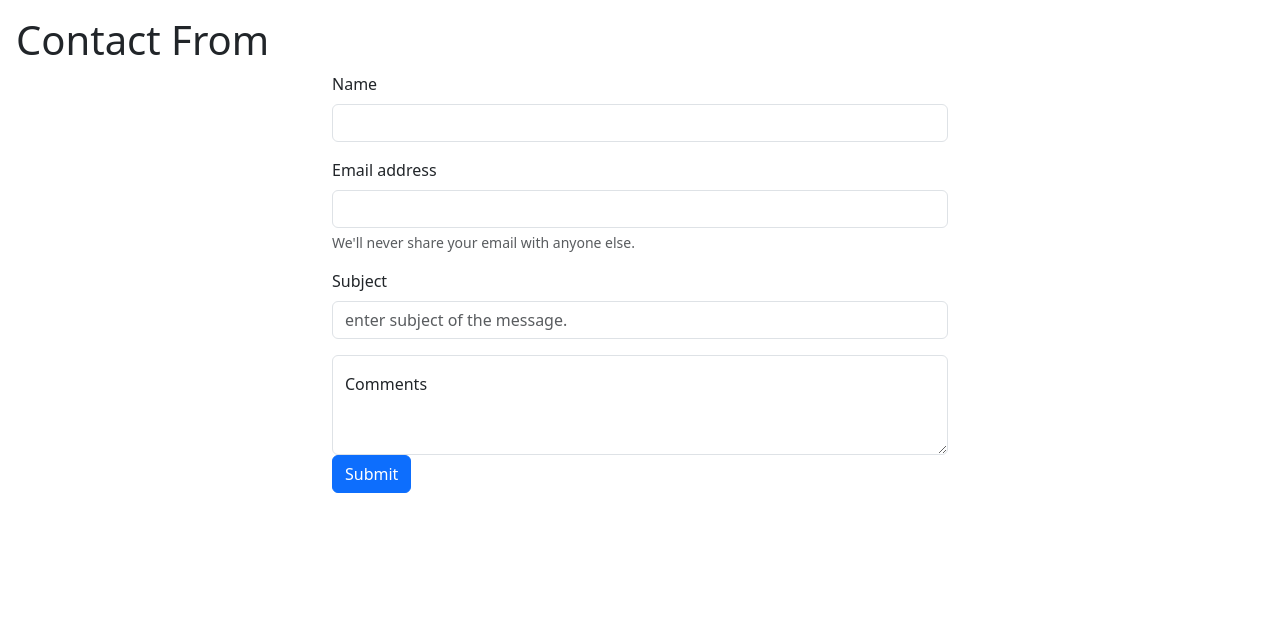
Repository: syni18/bootstrap_form
Page: index.html
An editor plug-in stored every save of this project. The page is shown before and after the next save, followed by the edit.
The browser window is 1280 px wide. The pictures show the whole page.

Above is the page before, as saved 2023-10-26 15:38:11.

### index.html
<!DOCTYPE html>
<html lang="en">
<head>
    <meta charset="UTF-8">
    <meta name="viewport" content="width=device-width, initial-scale=1.0">
    <link href="https://cdn.jsdelivr.net/npm/bootstrap@5.3.2/dist/css/bootstrap.min.css" rel="stylesheet" integrity="sha384-T3c6CoIi6uLrA9TneNEoa7RxnatzjcDSCmG1MXxSR1GAsXEV/Dwwykc2MPK8M2HN" crossorigin="anonymous">
    <title>Contact From</title>
</head>
<body>
    <h1 class="display-6 ms-3 mt-3">Contact From</h1>
    <form class="container w-50">
  <div class="mb-3">
    <label for="exampleInputName1" class="form-label">Name</label>
    <input type="name" class="form-control" id="exampleInputName1" aria-describedby="NameHelp">
  </div>
  <div class="mb-3">
    <label for="exampleInputEmail1" class="form-label">Email address</label>
    <input type="email" class="form-control" id="exampleInputEmail1" aria-describedby="emailHelp">
    <div id="emailHelp" class="form-text">We'll never share your email with anyone else.</div>
  </div>
  <div class="mb-3">
    <label for="exampleInputSubject1" class="form-label">Subject</label>
    <input type="text" class="form-control" id="exampleInputsubject1" aria-describedby="subjectHelp" placeholder="enter subject of the message.">
  </div>
  <div class="form-floating">
  <textarea class="form-control" placeholder="Leave a comment here" id="floatingTextarea2" style="height: 100px"></textarea>
  <label for="floatingTextarea2">Comments</label>
</div>

  <button type="submit" class="btn btn-primary">Submit</button>
</form>
    <script src="https://cdn.jsdelivr.net/npm/bootstrap@5.3.2/dist/js/bootstrap.bundle.min.js" integrity="sha384-C6RzsynM9kWDrMNeT87bh95OGNyZPhcTNXj1NW7RuBCsyN/o0jlpcV8Qyq46cDfL" crossorigin="anonymous"></script>
</body>
</html>

After the next save:
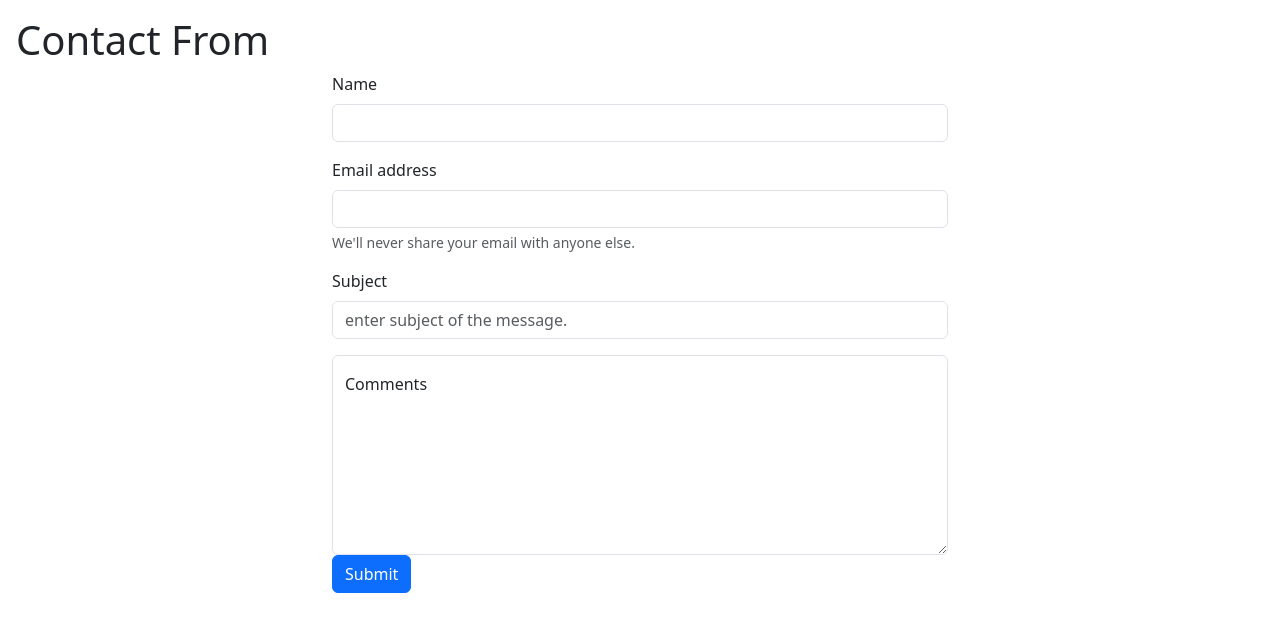
Saved 8 s later.
--- a/index.html
+++ b/index.html
@@ -23,7 +23,7 @@
     <input type="text" class="form-control" id="exampleInputsubject1" aria-describedby="subjectHelp" placeholder="enter subject of the message.">
   </div>
   <div class="form-floating">
-  <textarea class="form-control" placeholder="Leave a comment here" id="floatingTextarea2" style="height: 100px"></textarea>
+  <textarea class="form-control" placeholder="Leave a comment here" id="floatingTextarea2" style="height: 200px"></textarea>
   <label for="floatingTextarea2">Comments</label>
 </div>
 
